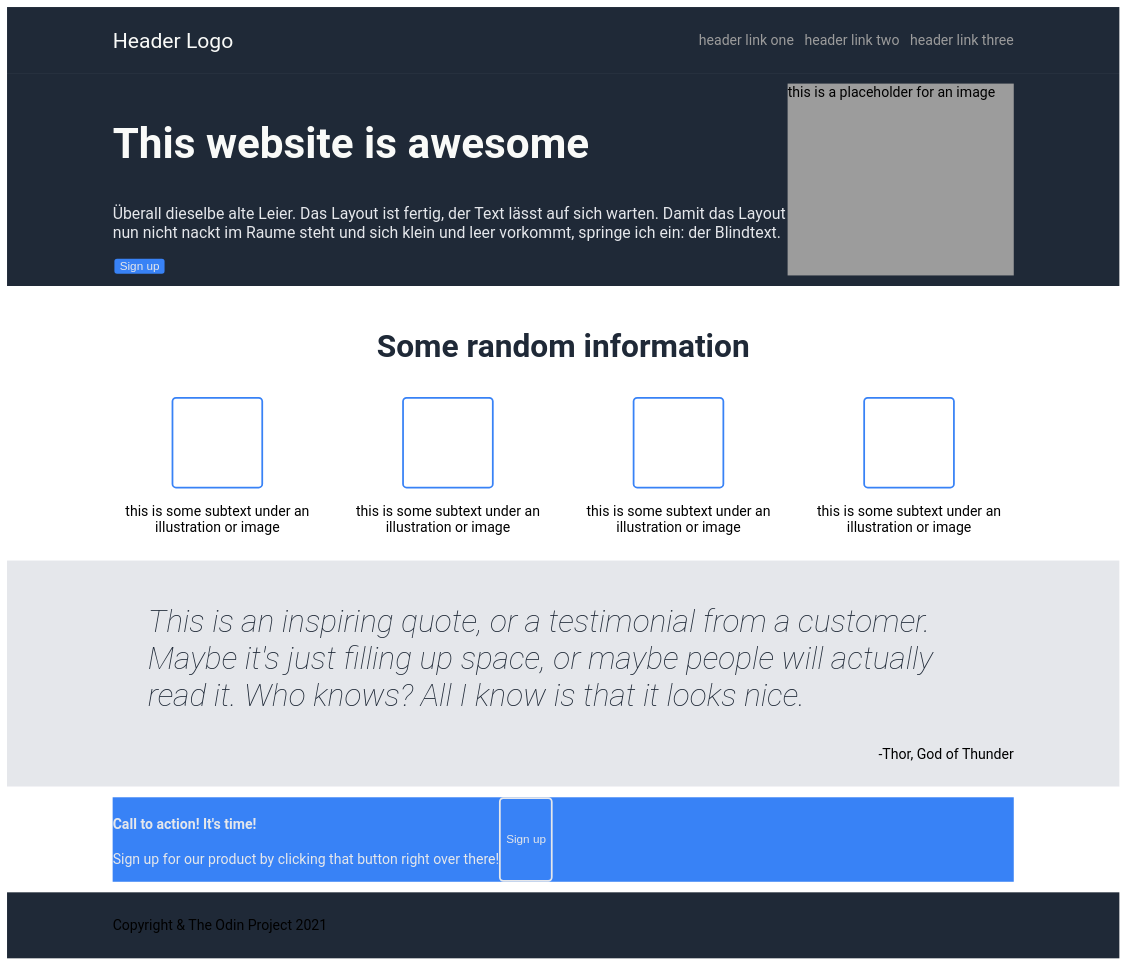
Repository: evemcd/odin_project
Page: odin-project2-landing-page/index.html
An editor plug-in stored every save of this project. The page is shown before and after the next save, followed by the edit.
The browser window is 1280 px wide. The pictures show the whole page, at 88% of full size.

Above is the page before, as saved 2022-02-08 11:09:44.

### odin-project2-landing-page/index.html
<!DOCTYPE html>
<html lang="en">
<head>
    <meta charset="UTF-8">
    <title>Odin Project 2 Landing Page</title>
    <link rel="stylesheet" href="style.css">
</head>

<body>
    <header>
        <span>Header Logo</span>
        <ul>
            <li><a href="#">header link one</a></li>
            <li><a href="#">header link two</a></li>
            <li><a href="#">header link three</a></li>
        </ul>
    </header>

    <div class="container1">
        <div>
            <h2>This website is awesome</h2>
            <p>Überall dieselbe alte Leier. Das Layout ist fertig, der Text lässt auf sich warten. Damit das Layout nun nicht nackt im Raume steht und sich klein und leer vorkommt, springe ich ein: der Blindtext.</p>
            <button>Sign up</button>
        </div>
        <div class="placeholder">
            <span>this is a placeholder for an image</span>
        </div>
    </div>

    <div class="container2">
        <h3>Some random information</h3>
        <div class="boxContainer">
            <div class="boxes">
                <div class="box"></div>
                <p>this is some subtext under an illustration or image</p>
            </div>
            <div class="boxes">
                <div class="box"></div>
                <p>this is some subtext under an illustration or image</p>
            </div>
            <div class="boxes">
                <div class="box"></div>
                <p>this is some subtext under an illustration or image</p>
            </div>
            <div class="boxes">
                <div class="box"></div>
                <p>this is some subtext under an illustration or image</p>
            </div>
        </div>
    </div>

    <div class="container3">
        <blockquote>This is an inspiring quote, or a testimonial from a customer. Maybe it's just filling up space, or maybe people will actually read it. Who knows? All I know is that it looks nice.</blockquote>
        <p>-Thor, God of Thunder</p>
    </div>

    <div class="container4">
        <div class="blueBox">
            <div>
            <h4>Call to action! It's time!</h4>
            <p>Sign up for our product by clicking that button right over there!</p>
        </div>
        <button>Sign up</button>
        </div>
    </div>

    <footer>
        <p>Copyright &amp; The Odin Project 2021</p>
    </footer>
</body>
</html>

### odin-project2-landing-page/style.css
body {
    font-family: roboto, sans-serif;
}

header,
.container1,
.container2,
.container3,
.container4,
footer {
    padding: 12px 120px;
}

header,
.container1,
footer {
    background-color: #1F2937;
}

.container2,
.container4 {
    background-color: white;
}

header {
    display: flex;
    align-items: center;
    justify-content: space-between;
}

header>span {
    font-size: 24px;
    color: #F9FAF8;
}

header>ul {
    list-style: none;
    display: flex;
    gap: 12px;
}

header a {
    text-decoration: none;
    color: #9c9c9c;
}

.container1 {
    display: flex;
    flex: 1;
    flex-shrink: 0;
}

.container1 h2 {
    font-size: 48px;
    font-weight: extra-bold;
    color: #F9FAF8;
}

.container1 p {
    font-size: 18px;
    color: #E5E7EB;
}

.placeholder {
    background-color: #9c9c9c;
    width: 50%;
}

.container1 button {
    background-color: #3882F6;
    color: #E5E7EB;
    border-radius: 5px;
    border: 2px solid #1F2937;
}

.container2 h3 {
    font-size: 36px;
    font-weight: extra-bold;
    color: #1F2937;
    text-align: center;
}

.boxContainer {
    display: flex;
    justify-content: space-between;
    gap: 24px;
}

.boxes {
    display: flex;
    flex-direction: column;
    align-items: center;
}

.boxes p {
    text-align: center;
}

.box {
    width: 100px;
    height: 100px;
    border: 2px solid #3882F6;
    border-radius: 5px;
}

.container3 {
    background-color: #E5E7EB;
}

blockquote {
    font-size: 36px;
    font-weight: lighter;
    font-style: italic;
    color: #1F2937;
}

.container3 p {
    text-align: right;
}

.blueBox {
    background-color: #3882F6;
    color: #E5E7EB;
    display: flex;
}

.container4 button {
    background-color: #3882F6;
    color: #E5E7EB;
    border-radius: 5px;
    border: 2px solid #E5E7EB
}

After the next save:
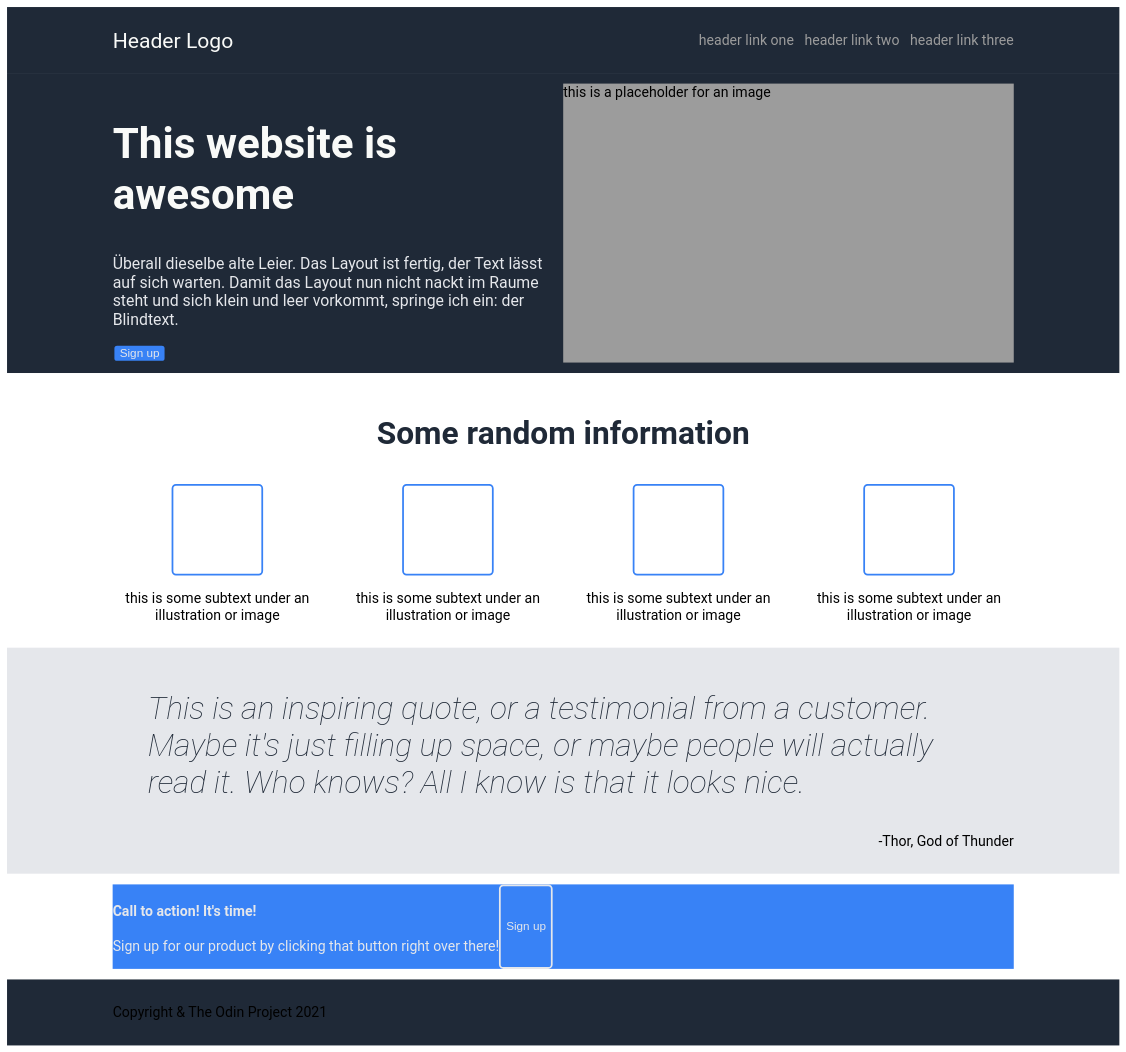
Saved 12 s later.
--- a/odin-project2-landing-page/style.css
+++ b/odin-project2-landing-page/style.css
@@ -47,7 +47,6 @@ header a {
 .container1 {
     display: flex;
     flex: 1;
-    flex-shrink: 0;
 }
 
 .container1 h2 {
@@ -64,6 +63,7 @@ header a {
 .placeholder {
     background-color: #9c9c9c;
     width: 50%;
+    flex-shrink: 0;
 }
 
 .container1 button {
